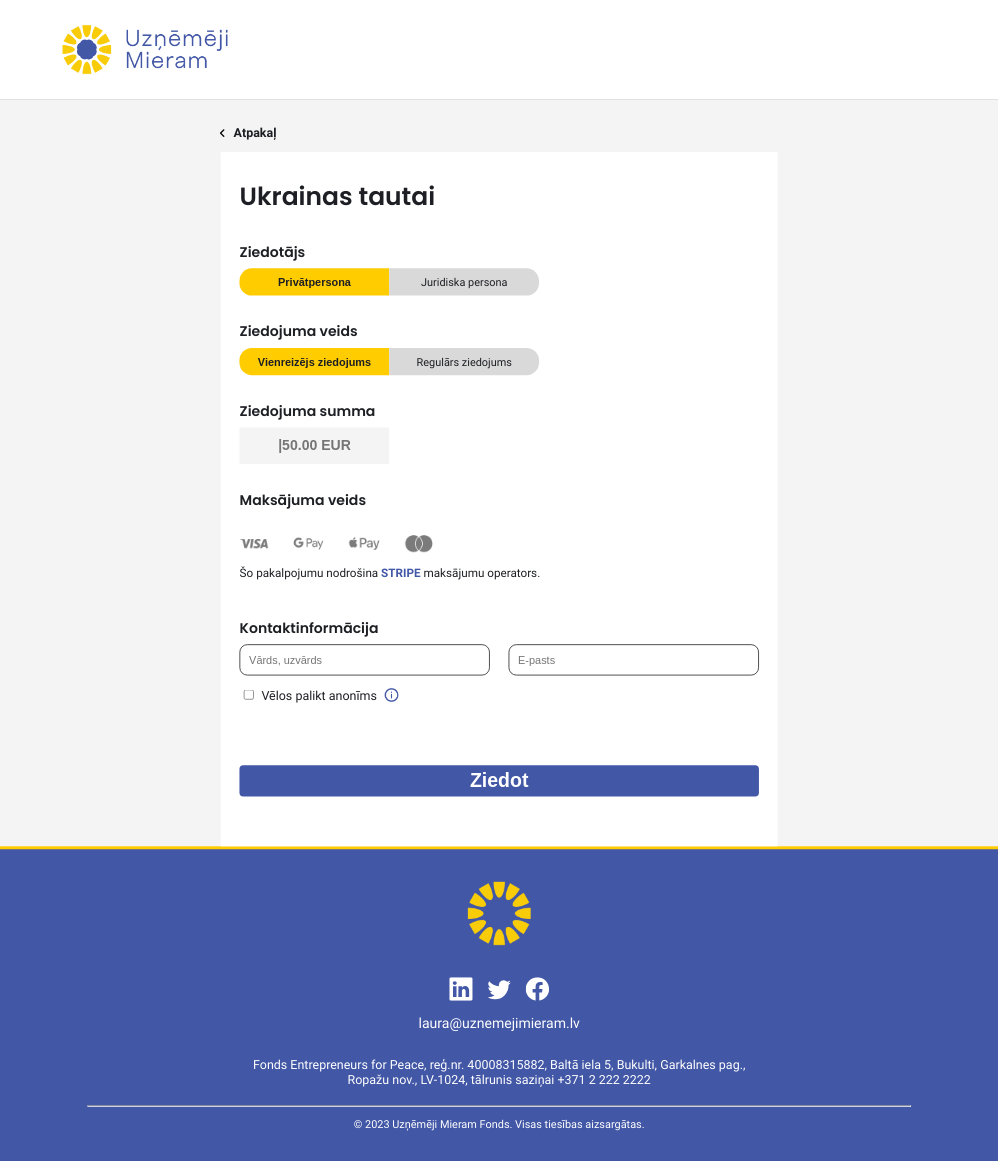
Repository: KatrinaPa/projekts11
Page: donate_Ukr-private-onetime.html
These files come from the project's save history. The page is drawn as it stood at one moment and after the next save; the edit follows.
The browser window is 1280 px wide. The pictures show the whole page, at 78% of full size.

Above is the page before, as saved 2023-05-30 20:51:02.
Console error: TypeError: Cannot read properties of null (reading 'children')

After the next save:
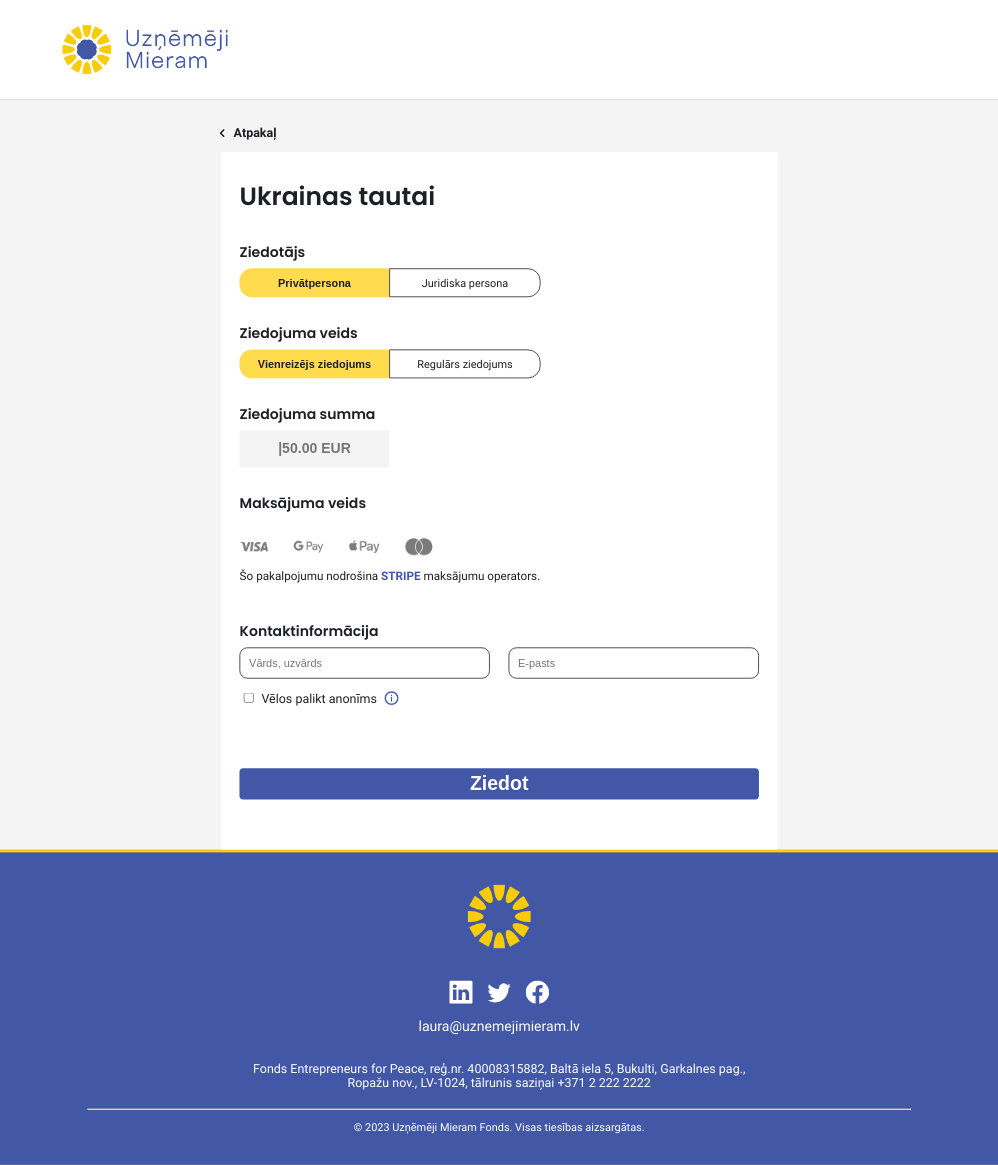
Saved 2 min 7 s later.
--- a/assets/donate-page-private-onetime.css
+++ b/assets/donate-page-private-onetime.css
@@ -1,19 +1,21 @@
 #one-time-donate {
-    background-color: #ffcc00;
+    background-color: #FFDB4D;
     font-weight: 600;
     cursor: auto;
 }
 
 #regular-donate {
-    background-color: #d9d9d9;
+    background-color: #ffffff;
+    border: 1px solid #1E1F24;
 }
 
 #individual-donate {
-    background-color: #ffcc00;
+    background-color: #FFDB4D;
     font-weight: 600;
     cursor: auto;
 }
 
 #legal-donate {
-    background-color: #d9d9d9;
+    background-color: #ffffff;
+    border: 1px solid #1E1F24;
 }
